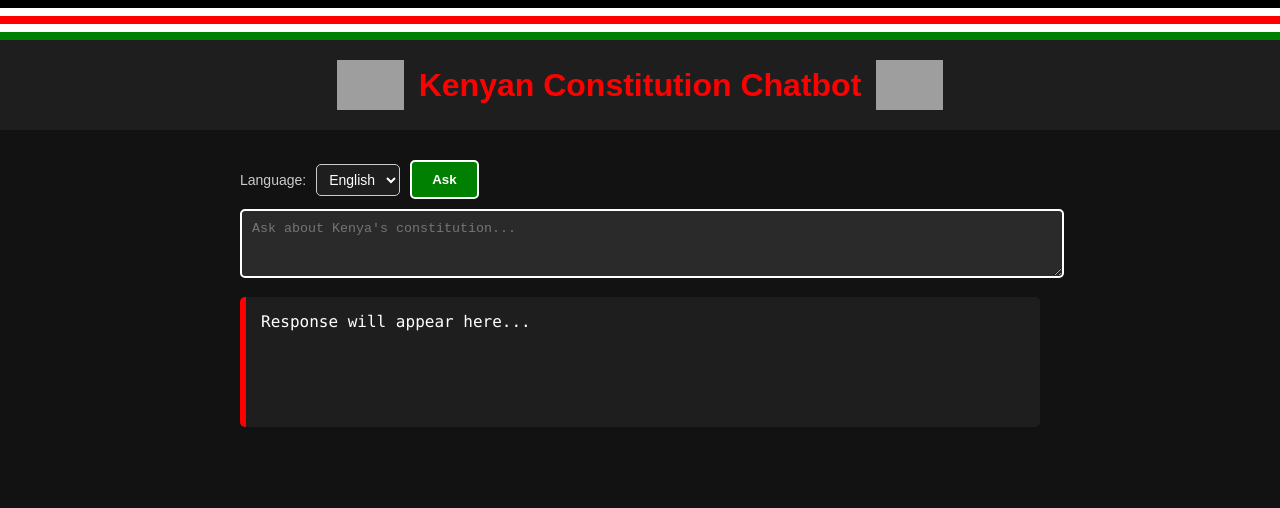
Repository: poip-boop/Bilingual-RAG-Chatbot-on-Constitution-of-Kenya
Page: index.html
These files come from the project's save history. The page is drawn as it stood at one moment and after a run of saves; the edit follows.
The browser window is 1280 px wide. The pictures show the whole page.
Pictures or frames that could not be fetched are drawn as grey boxes.

Above is the page before, as saved 2025-04-26 07:20:39.

After the next 2 saves:
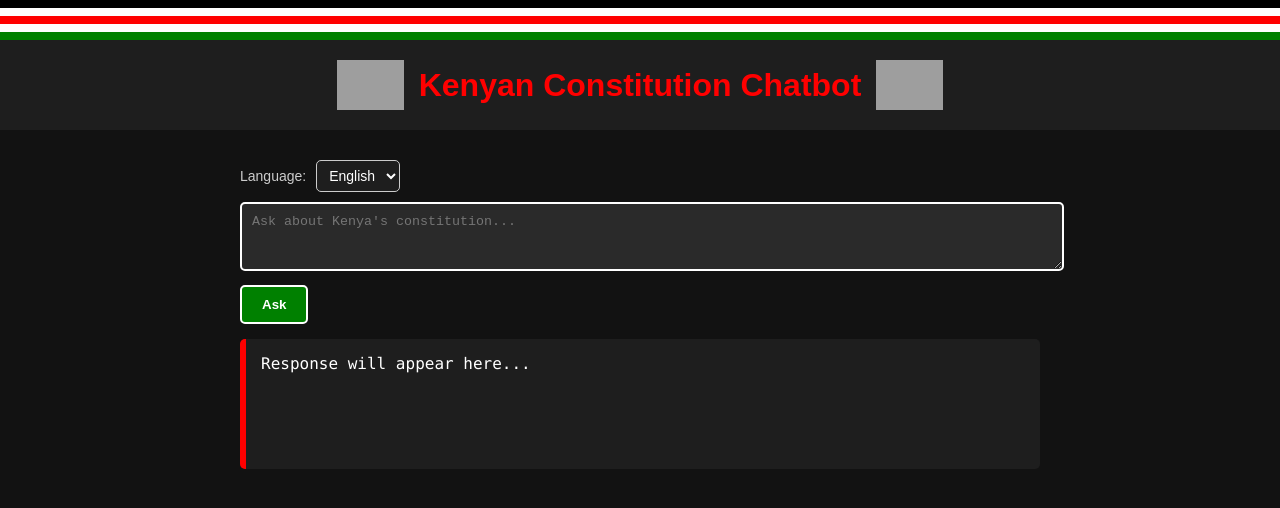
The 2 saves are shown as one change because they came seconds apart.
The last was saved 2 min 3 s later.
--- a/index.html
+++ b/index.html
@@ -121,18 +121,22 @@
     </div>
 
     <div class="container">
-        <!-- Controls -->
+        <!-- Controls (Language only now) -->
         <div class="controls">
             <label class="lang-label" for="language">Language:</label>
             <select id="language">
                 <option value="en">English</option>
                 <option value="sw">Swahili</option>
             </select>
-            <button onclick="ask()">Ask</button>
         </div>
 
         <!-- Question Area -->
         <textarea id="question" rows="3" placeholder="Ask about Kenya's constitution..."></textarea>
+
+        <!-- Ask Button moved here -->
+        <div style="margin-top: 10px;">
+            <button onclick="ask()">Ask</button>
+        </div>
 
         <!-- Response Display -->
         <div id="response">Response will appear here...</div>
